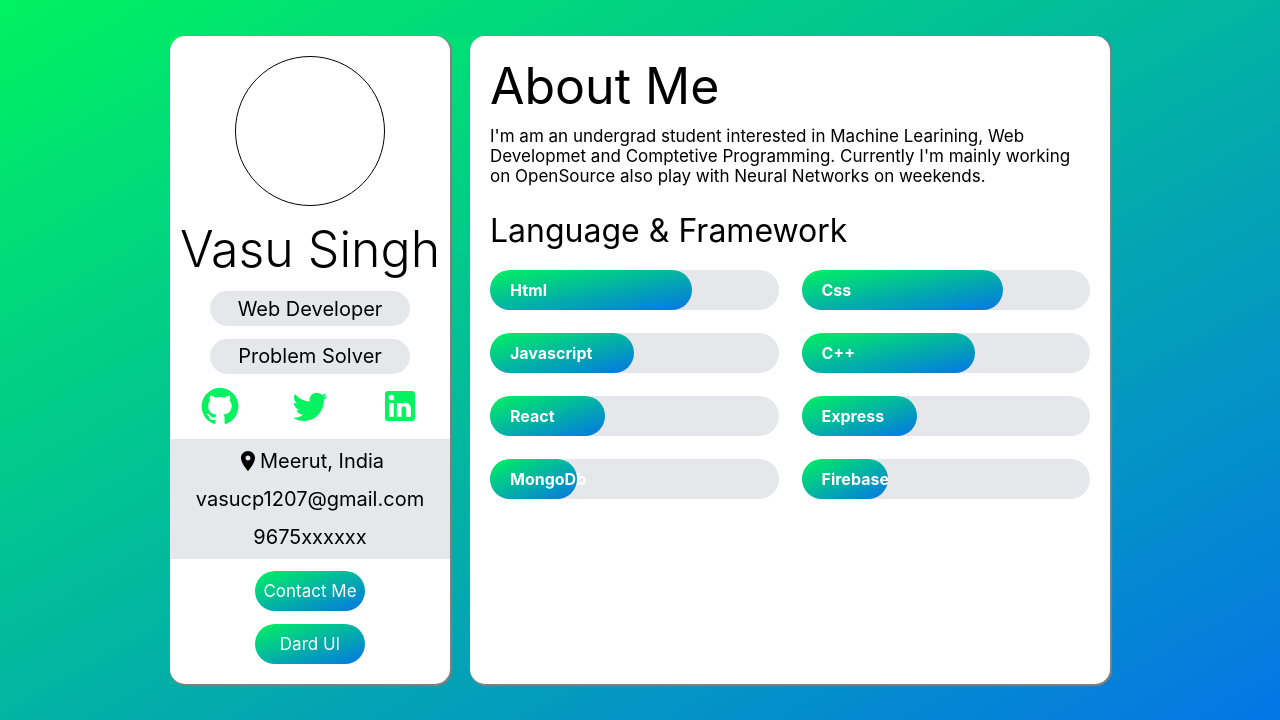
Repository: vasucp1207/grid-port
Page: /about
An editor plug-in stored every save of this project. The page is shown before and after the next save, followed by the edit.
The browser window is 1280 px wide. The pictures show the whole page.
Some web fonts or font styles are not loaded; a fallback is used. The project was rebuilt for these pictures with package versions that can differ from the ones it lists, and the page was loaded fresh each time. Also part of the build but not shown: src/pages/Home.js, src/components/Card.js, src/pages/Projects.js.

Above is the page before, as saved 2022-08-17 15:28:33.

### public/index.html
<!DOCTYPE html>
<html lang="en">
  <head>
    <meta charset="utf-8" />
    <link rel="icon" href="%PUBLIC_URL%/favicon.ico" />
    <meta name="viewport" content="width=device-width, initial-scale=1" />
    <meta name="theme-color" content="#000000" />
    <meta
      name="description"
      content="Web site created using create-react-app"
    />
    <link rel="apple-touch-icon" href="%PUBLIC_URL%/logo192.png" />
    <!--
      manifest.json provides metadata used when your web app is installed on a
      user's mobile device or desktop. See https://developers.google.com/web/fundamentals/web-app-manifest/
    -->
    <link rel="manifest" href="%PUBLIC_URL%/manifest.json" />
    <link rel="preconnect" href="https://fonts.googleapis.com">
<link rel="preconnect" href="https://fonts.gstatic.com" crossorigin>
<link href="https://fonts.googleapis.com/css2?family=Kantumruy+Pro:wght@200;300&family=Open+Sans:ital,wght@0,300;0,600;0,700;1,800&family=Poppins:wght@400;600&family=Raleway:wght@300&family=Roboto+Flex:opsz,wght@8..144,300;8..144,400;8..144,500&display=swap" rel="stylesheet">
    <!--
      Notice the use of %PUBLIC_URL% in the tags above.
      It will be replaced with the URL of the `public` folder during the build.
      Only files inside the `public` folder can be referenced from the HTML.

      Unlike "/favicon.ico" or "favicon.ico", "%PUBLIC_URL%/favicon.ico" will
      work correctly both with client-side routing and a non-root public URL.
      Learn how to configure a non-root public URL by running `npm run build`.
    -->
    <title>React App</title>
  </head>
  <body>
    <noscript>You need to enable JavaScript to run this app.</noscript>
    <div id="root"></div>
    <!--
      This HTML file is a template.
      If you open it directly in the browser, you will see an empty page.

      You can add webfonts, meta tags, or analytics to this file.
      The build step will place the bundled scripts into the <body> tag.

      To begin the development, run `npm start` or `yarn start`.
      To create a production bundle, use `npm run build` or `yarn build`.
    -->
  </body>
</html>

### src/index.css
body {
  margin: 0;
  font-family: -apple-system, BlinkMacSystemFont, 'Segoe UI', 'Roboto', 'Oxygen',
    'Ubuntu', 'Cantarell', 'Fira Sans', 'Droid Sans', 'Helvetica Neue',
    sans-serif;
  -webkit-font-smoothing: antialiased;
  -moz-osx-font-smoothing: grayscale;

  --gray: rgb(205, 195, 195);
  background-image: linear-gradient(to right bottom,#00f260,#0575e6);
}

::selection{
  background: rgb(71, 219, 106);
}

### src/App.js
import './App.css';
import { Link, Route, Routes } from 'react-router-dom';
import AboutMe from './pages/AboutMe';
import Home from './pages/Home';
import Projects from './pages/Projects';

function App() {
  return (
    <div>
      <Routes>
        <Route exact path="/" element={<Home />} />
        <Route exact path="/about" element={<AboutMe />} />
        <Route exact path="/projects" element={<Projects />} />
      </Routes>
    </div>
  );
}

export default App;

### src/App.css
:root {
  --d: 700ms;
  --e: cubic-bezier(0.19, 1, 0.22, 1);
  --font-sans: "Rubik", sans-serif;
  --font-serif: "Cardo", serif;
  font-family: Poppins;
}

* {
  box-sizing: border-box;
  padding: 0;
  margin: 0;
}

html, body {
  height: 100vh;
  width: 100vw;
}

body {
  display: grid;
  place-items: center;
}

.page-content {
  display: grid;
  width: 100vw;
  height: 100vh;
  margin: 0 auto;
}
@media (min-width: 600px) {
  .page-content {
    grid-template-columns: repeat(2, 1fr);
  }
}
@media (min-width: 800px) {
  .page-content {
    grid-template-columns: repeat(2, 1fr);
  }
}

.card {
  position: relative;
  display: flex;
  align-items: flex-end;
  overflow: hidden;
  padding: 1rem;
  width: 100%;
  text-align: center;
  color: whitesmoke;
  background-color: whitesmoke;
  box-shadow: 0 1px 1px rgba(0, 0, 0, 0.1), 0 2px 2px rgba(0, 0, 0, 0.1), 0 4px 4px rgba(0, 0, 0, 0.1), 0 8px 8px rgba(0, 0, 0, 0.1), 0 16px 16px rgba(0, 0, 0, 0.1);
}
@media (min-width: 600px) {
  .card {
    height: 100vh;
  }
}
.card:before {
  content: "";
  position: absolute;
  top: 0;
  left: 0;
  width: 100%;
  height: 110%;
  background-size: cover;
  background-position: 0 0;
  transition: transform calc(var(--d) * 1.5) var(--e);
  pointer-events: none;
}
.card:after {
  content: "";
  display: block;
  position: absolute;
  top: 0;
  left: 0;
  width: 100%;
  height: 200%;
  pointer-events: none;
  background-image: linear-gradient(to bottom, rgba(0, 0, 0, 0) 0%, rgba(0, 0, 0, 0.009) 11.7%, rgba(0, 0, 0, 0.034) 22.1%, rgba(0, 0, 0, 0.072) 31.2%, rgba(0, 0, 0, 0.123) 39.4%, rgba(0, 0, 0, 0.182) 46.6%, rgba(0, 0, 0, 0.249) 53.1%, rgba(0, 0, 0, 0.32) 58.9%, rgba(0, 0, 0, 0.394) 64.3%, rgba(0, 0, 0, 0.468) 69.3%, rgba(0, 0, 0, 0.54) 74.1%, rgba(0, 0, 0, 0.607) 78.8%, rgba(0, 0, 0, 0.668) 83.6%, rgba(0, 0, 0, 0.721) 88.7%, rgba(0, 0, 0, 0.762) 94.1%, rgba(0, 0, 0, 0.79) 100%);
  transform: translateY(-50%);
  transition: transform calc(var(--d) * 2) var(--e);
}
.card:nth-child(1):before {
  background-image: url(https://images.unsplash.com/photo-1493612276216-ee3925520721?ixlib=rb-1.2.1&ixid=MnwxMjA3fDB8MHxwaG90by1wYWdlfHx8fGVufDB8fHx8&auto=format&fit=crop&w=2864&q=80);
}
.card:nth-child(2):before {
  background-image: url(https://images.unsplash.com/photo-1492551557933-34265f7af79e?ixlib=rb-1.2.1&ixid=MnwxMjA3fDB8MHxwaG90by1wYWdlfHx8fGVufDB8fHx8&auto=format&fit=crop&w=1740&q=80);
}
.card:nth-child(3):before {
  background-image: url(https://images.unsplash.com/photo-1545243424-0ce743321e11?ixlib=rb-1.2.1&q=80&fm=jpg&crop=entropy&cs=tinysrgb&w=400&fit=max&ixid=eyJhcHBfaWQiOjE0NTg5fQ);
}
.card:nth-child(4):before {
  background-image: url(https://images.unsplash.com/photo-1531306728370-e2ebd9d7bb99?ixlib=rb-1.2.1&q=80&fm=jpg&crop=entropy&cs=tinysrgb&w=400&fit=max&ixid=eyJhcHBfaWQiOjE0NTg5fQ);
}

.content {
  position: relative;
  display: flex;
  flex-direction: column;
  align-items: center;
  width: 100%;
  padding: 1rem;
  transition: transform var(--d) var(--e);
  z-index: 1;
}
.content > * + * {
  margin-top: 1rem;
}

.title {
  font-size: 50px;
  font-weight: 400;
}

.copy {
  font-size: 30px;
}

.btn {
  cursor: pointer;
  margin-top: 1.5rem;
  padding: 0.75rem 1.5rem;
  font-size: 20px;
  letter-spacing: 0.025rem;
  text-transform: uppercase;
  color: white;
  background-color: black;
  border: none;
}
.btn:hover {
  background-color: white;
  color: black;
  transition: 0.3;
  border-radius: 7px;
}
.btn:focus {
  outline: 1px dashed yellow;
  outline-offset: 3px;
}

@media (hover: hover) and (min-width: 600px) {
  .card:after {
    transform: translateY(0);
  }

  .content {
    transform: translateY(calc(100% - 4.5rem));
  }
  .content > *:not(.title) {
    opacity: 0;
    transform: translateY(1rem);
    transition: transform var(--d) var(--e), opacity var(--d) var(--e);
  }

  .card:hover,
.card:focus-within {
    align-items: center;
  }
  .card:hover:before,
.card:focus-within:before {
    transform: translateY(-4%);
  }
  .card:hover:after,
.card:focus-within:after {
    transform: translateY(-50%);
  }
  .card:hover .content,
.card:focus-within .content {
    transform: translateY(0);
  }
  .card:hover .content > *:not(.title),
.card:focus-within .content > *:not(.title) {
    opacity: 1;
    transform: translateY(0);
    transition-delay: calc(var(--d) / 8);
  }

  .card:focus-within:before, .card:focus-within:after,
.card:focus-within .content,
.card:focus-within .content > *:not(.title) {
    transition-duration: 0s;
  }
}

### src/pages/AboutMe.js
import React from 'react'
import { motion } from 'framer-motion'
import styled from 'styled-components'
import GitHubIcon from '@mui/icons-material/GitHub';
import TwitterIcon from '@mui/icons-material/Twitter';
import LinkedInIcon from '@mui/icons-material/LinkedIn';
import LocationOnIcon from '@mui/icons-material/LocationOn';
import ProgressBar from '../components/ProgressBar';

function AboutMe() {

    const pageVarients = {
        initial: {
            opacity: 0
        },
        in: {
            opacity: 1
        },
        out: {
            opacity: 0
        }
    }

    return (
        <motion.div
            initial='initial'
            animate='in'
            exit='out'
            variants={pageVarients}
            transition={{ delay: 0.5, type: 'spring' }}
        >

            <Container>
                <Comp>
                    <Left>
                        <div class='avatar'></div>
                        <h1 class='name'>Vasu Singh</h1>
                        <div class='sim-btn'>Web Developer</div>
                        <div class='sim-btn'>Problem Solver</div>
                        <div class='icon-cont'>
                            <GitHubIcon className='icons' />
                            <TwitterIcon className='icons' />
                            <LinkedInIcon className='icons' />
                        </div>
                        <div class='address'>
                            <p class='city'><LocationOnIcon /> Meerut, India</p>
                            <p>vasucp1207@gmail.com</p>
                            <p>9675xxxxxx</p>
                        </div>
                        <div class='gb-btn'>Contact Me</div>
                        <div class='gb-btn'>Dard UI</div>
                    </Left>
                    <Right>
                        <h1 class='title'>About Me</h1>
                        <p class='des'>I'm am an undergrad student interested in Machine Learining, Web Developmet and Comptetive Programming. Currently I'm mainly working on OpenSource also play with Neural Networks on weekends.</p>
                        <h1 class='skills'>Language & Framework</h1>

                        <div class='all-bar'>
                            <ProgressBar lang='Html' per='70%' />
                            <ProgressBar lang='Css' per='70%' />
                            <ProgressBar lang='Javascript' per='50%' />
                            <ProgressBar lang='C++' per='60%' />
                            <ProgressBar lang='React' per='40%' />
                            <ProgressBar lang='Express' per='40%' />
                            <ProgressBar lang='MongoDb' per='30%' />
                            <ProgressBar lang='Firebase' per='30%' />
                        </div>

                    </Right>
                </Comp>

            </Container>
        </motion.div>
    )
}

export default AboutMe

const Container = styled.div`
    background: white;
`

const Comp = styled.div`
    display: flex;
    gap: 20px;
    background-image: linear-gradient(to right bottom,#00f260,#0575e6);
`

const Left = styled.div`
    height: 90vh;
    width: 280px;
    box-shadow: 1px 1px 1px 1px gray;
    display: flex;
    justify-content: space-between;
    align-items: center;
    flex-direction: column;
    padding-bottom: 20px;
    background: white;
    border-radius: 15px;

    .avatar{
        margin-top: 20px;
        height: 150px;
        border: 1px solid black;
        width: 150px;
        border-radius: 50%;
    }

    .name{
        font-size: 50px;
        font-weight: 300;
    }

    .sim-btn{
        font-size: 20px;
        background: rgb(229,231,235);
        width: 200px;
        height: 35px;
        border-radius: 9999px;
        display: flex;
        justify-content: center;
        align-items: center;
    }

    .icon-cont{
        width: 280px;
        padding-left: 30px;
        padding-right: 30px;
        display: flex;
        justify-content: space-between;
        align-items: center;
    }

    .icons{
        height: 40px;
        width: 40px;
        color: #07f260;
        cursor: pointer;

        :hover{
            color: black;
        }
    }

    .address{
        background: rgb(229,231,235);;
        font-size: 20px;
        display: flex;
        flex-direction: column;
        align-items: center;
        justify-content: space-between;
        width: 280px;
        height: 120px;
        padding: 10px;
    }

    .gb-btn{
        width: 110px;
        border-radius: 9999px;
        background-image: linear-gradient(to right bottom,#00f260,#0575e6);
        color: white;
        font-size: 17px;
        height: 40px;
        display: flex;
        justify-content: center;
        align-items: center;
        cursor: pointer;
    }

    .city{
        display: flex;
        justify-content: center;
        align-items: center;
    }
`

const Right = styled.div`
    height: 90vh;
    width: 50vw;
    box-shadow: 1px 1px 1px 1px gray;
    background: white;
    border-radius: 15px;
    padding: 20px;

    .title{
        font-weight: 400;
        margin-bottom: 10px;
    }

    .des{
        font-size: 17px;
        margin-bottom: 25px;
    }

    .skills{
        font-weight: 400;
        margin-bottom: 20px;
    }

    .all-bar{
        display: grid;
        grid-template-columns: repeat(2, 1fr);
        margin-top: 10px;
        justify-content: space-between;
        gap: 23px;
    }
`

### src/components/ProgressBar.js
import React from 'react'
import styled from 'styled-components'
import { motion } from 'framer-motion'

function ProgressBar({ lang, per }) {
    return (
        <Contanier>
            <div class='bar'>
                <motion.div className='fill'
                    animate={{ width: per }}
                    transition={{ duration: 2 }}
                >
                    <p class='lang'>{lang}</p>
                </motion.div>
            </div>
        </Contanier>
    )
}

export default ProgressBar

const Contanier = styled.div`
    .bar{
        width: 100%;
        height: 40px;
        border-radius: 9999px;
        background: rgb(229,231,235);
    }

    .fill{
        display: flex;
        align-items: center;
        padding: 20px;
        width: 0;
        border-radius: 9999px;
        height: 30px;
        background-image: linear-gradient(to right bottom,#00f260,#0575e6);
    }

    .lang{
        color: white;
        font-weight: bold;
    }
`

Loaded but not shown: src/index.js (common file)

After the next save:
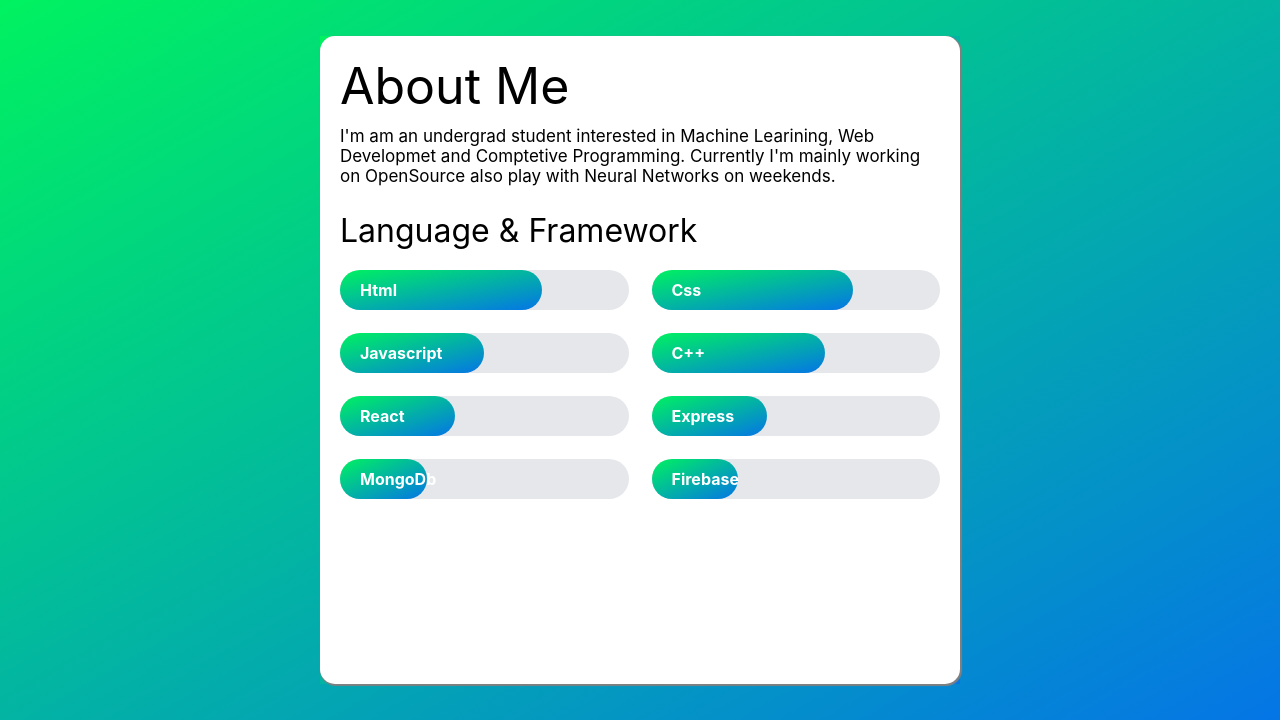
Saved 11 s later.
--- a/src/pages/AboutMe.js
+++ b/src/pages/AboutMe.js
@@ -32,7 +32,7 @@ function AboutMe() {
 
             <Container>
                 <Comp>
-                    <Left>
+                    {/* <Left>
                         <div class='avatar'></div>
                         <h1 class='name'>Vasu Singh</h1>
                         <div class='sim-btn'>Web Developer</div>
@@ -49,7 +49,7 @@ function AboutMe() {
                         </div>
                         <div class='gb-btn'>Contact Me</div>
                         <div class='gb-btn'>Dard UI</div>
-                    </Left>
+                    </Left> */}
                     <Right>
                         <h1 class='title'>About Me</h1>
                         <p class='des'>I'm am an undergrad student interested in Machine Learining, Web Developmet and Comptetive Programming. Currently I'm mainly working on OpenSource also play with Neural Networks on weekends.</p>
